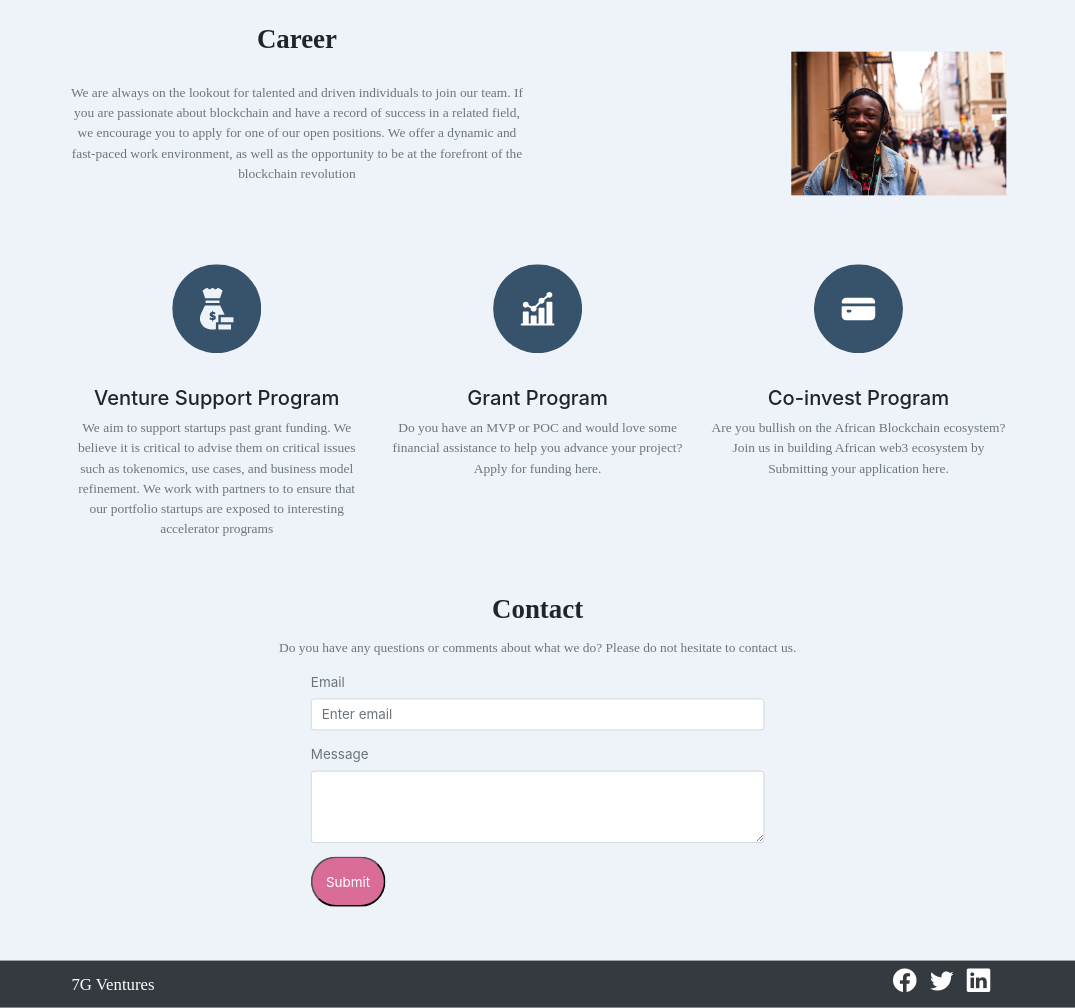
Repository: Jeremicarose/G7-venture
Page: index.html
The author's editor kept a copy of each file at every save. The page is drawn from the files as they stood at one save, then again after the next save.
The browser window is 1280 px wide. The pictures show the part of the page from y = 1815 to 3143 px (the page is 3015 px tall before and 3143 px after), at 84% of full size.
A picture or video elsewhere on the page could not be fetched, so the positions and the page height are approximate.

Above is the page before, as saved 2023-02-04 08:41:27.

After the next save:
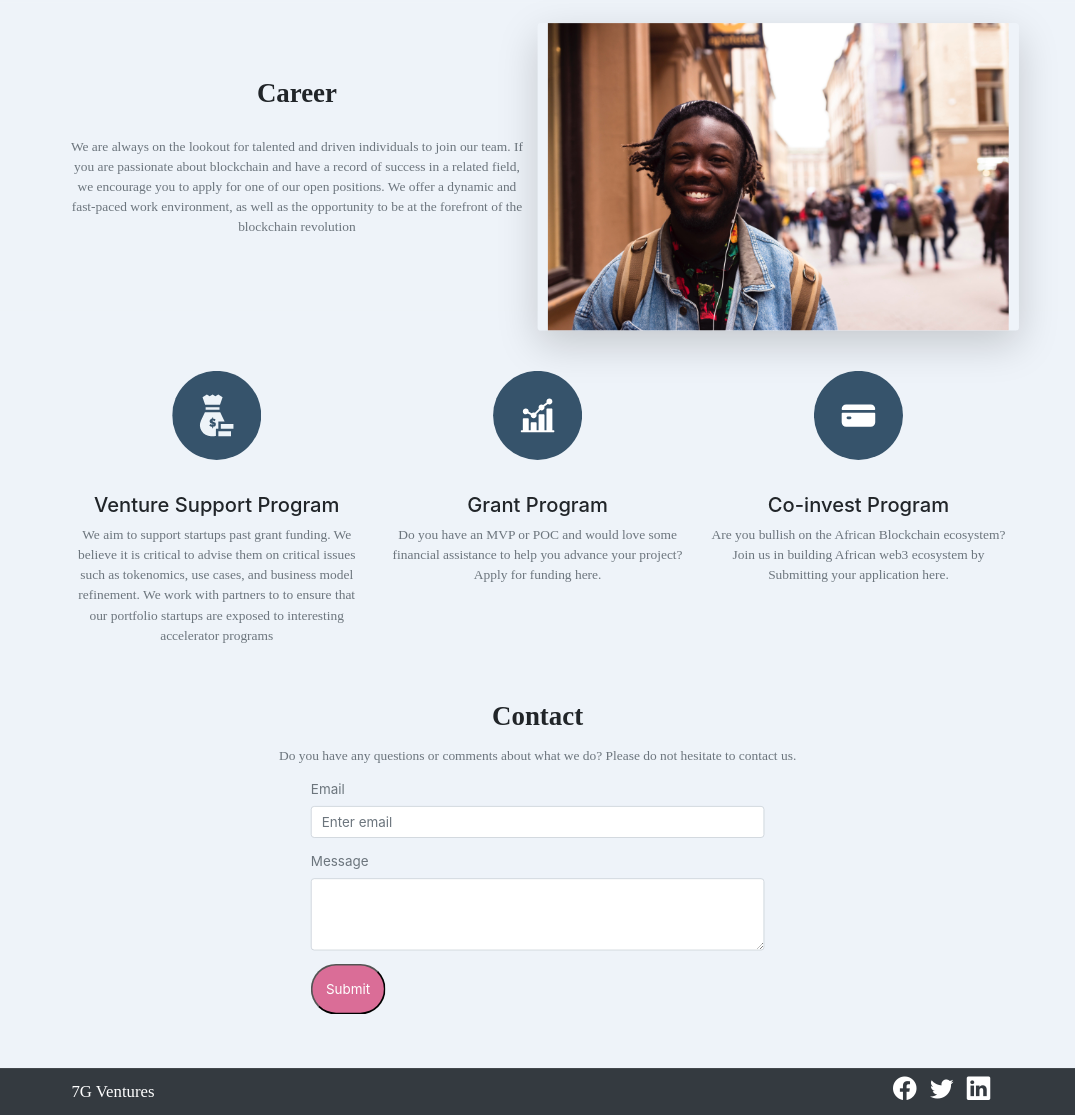
Saved 3 min 40 s later.
--- a/index.html
+++ b/index.html
@@ -227,9 +227,7 @@
             <!-- tooltip -->
             <span>
               <div class="row justify-content-end">
-                <div class="col-lg-6">
-                  <img src="asset\image2.jpg" class="img-fluid" alt="phone1" />
-                </div>
+                <img src="asset\image2.jpg" class="img-fluid rounded shadow-lg" alt="phone1" />
 
               </div>
             </span>
